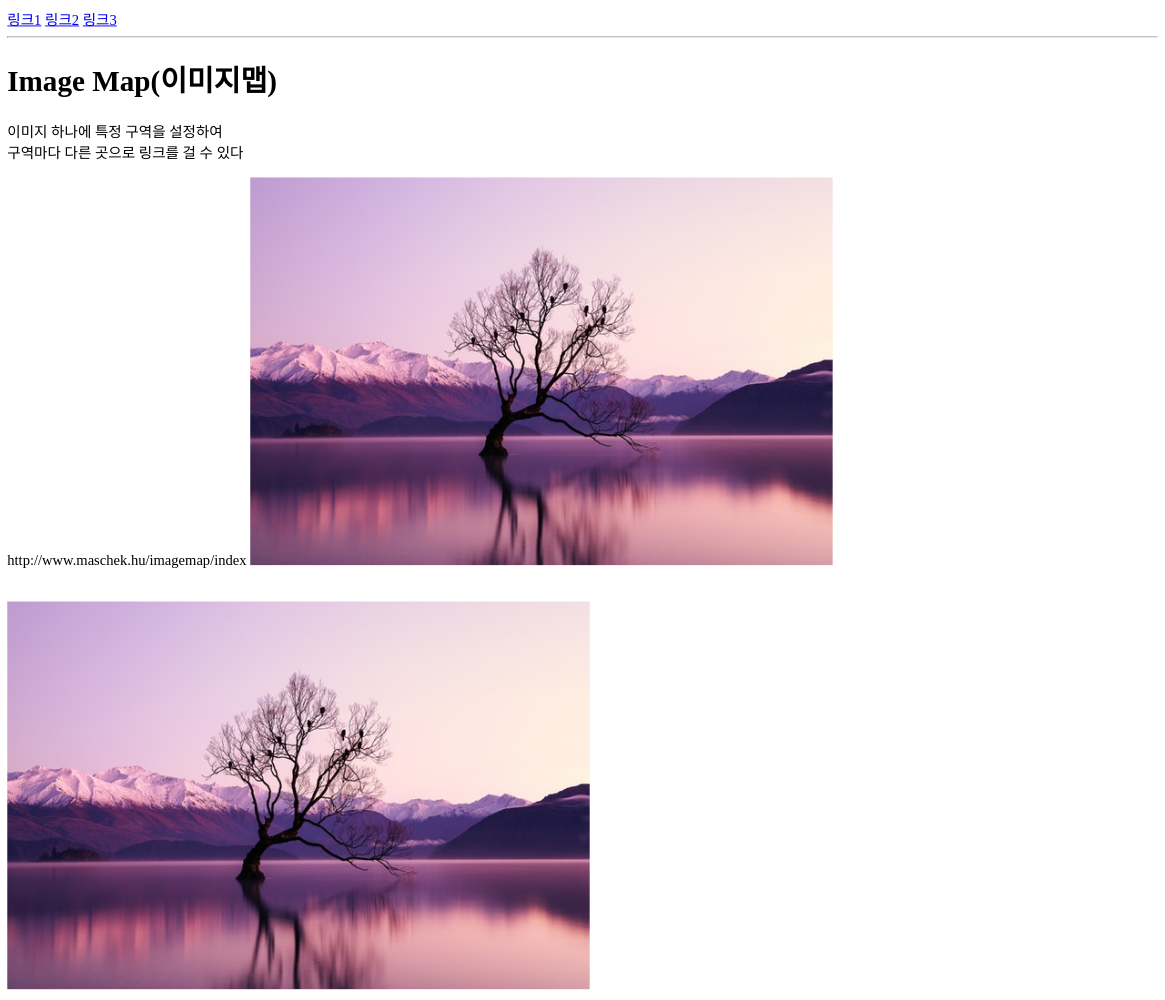
Repository: ReadStar/Web
Page: Html/html5/WebContent/a-2.html
These files come from the project's save history. The page is drawn as it stood at one moment and after the next save; the edit follows.
The browser window is 1280 px wide. The pictures show the whole page, at 91% of full size.

Above is the page before, as saved 2020-08-27 07:53:28.

### Html/html5/WebContent/a-2.html
<!DOCTYPE html>
<html>
<head>
<meta charset="UTF-8">
<title>Insert title here</title>
</head>
<body>
<nav>
<a href="A.html" title = "링크 기본">링크1</a>
<a href="a-1.html" title = "내부 링크">링크2</a>
<a href="a-2.html" title ="이미지맵">링크3</a>
</nav>

<hr>
<h1>Image Map(이미지맵)</h1>
<p>이미지 하나에 특정 구역을 설정하여<br>
구역마다 다른 곳으로 링크를 걸 수 있다</p>
http://www.maschek.hu/imagemap/index

<img alt="bare" src="img/bare.jpg" usemap="#imgmap01">
<map name="imgmap01">
<area shape="rect" coords="0,0,100,150" href="A.html" alt="링크1" title="링크1(A.html)">
<area shape="circle" coords="130,200,30" href="a-1.html" alt="링크2" title="링크2">
<area shape="poly" coords="200,200,280,280,100,280" href="a-2.html" alt="링크3" title="링크3">
</map>
<br><br><br>

<img alt="map" src="img/bare.jpg" usemap="#imgmap2020">
			<map id="imgmap2020">
				<area shape="rect" alt="링크1" title="A.html" coords="1,128,292,281" href="A.html"
					target="" />
				<area shape="circle" alt="링크2" title="a-1.html" coords="461,216,84" href="a-1.html"
					target="" />
				<area shape="poly" alt="링크3" title="a-3.html"
					coords="39,385,67,317,125,362,112,410,60,396,33,384,67,316,200,407,167,319,139,401,215,342"
					href="a-2.html" target="" />
			</map>
</body>
</html>

After the next save:
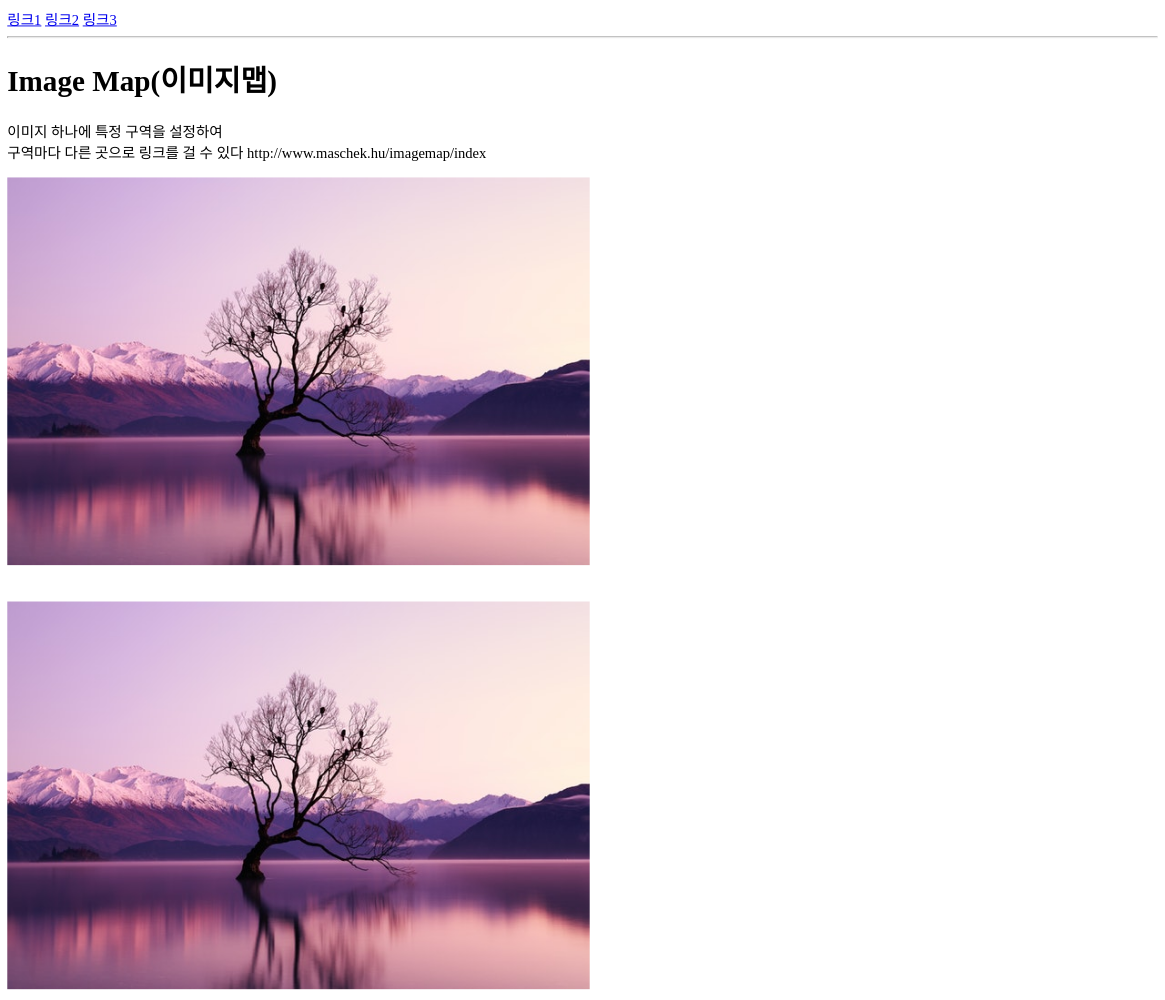
Saved 11 s later.
--- a/Html/html5/WebContent/a-2.html
+++ b/Html/html5/WebContent/a-2.html
@@ -14,8 +14,8 @@
 <hr>
 <h1>Image Map(이미지맵)</h1>
 <p>이미지 하나에 특정 구역을 설정하여<br>
-구역마다 다른 곳으로 링크를 걸 수 있다</p>
-http://www.maschek.hu/imagemap/index
+구역마다 다른 곳으로 링크를 걸 수 있다
+http://www.maschek.hu/imagemap/index</p>
 
 <img alt="bare" src="img/bare.jpg" usemap="#imgmap01">
 <map name="imgmap01">
